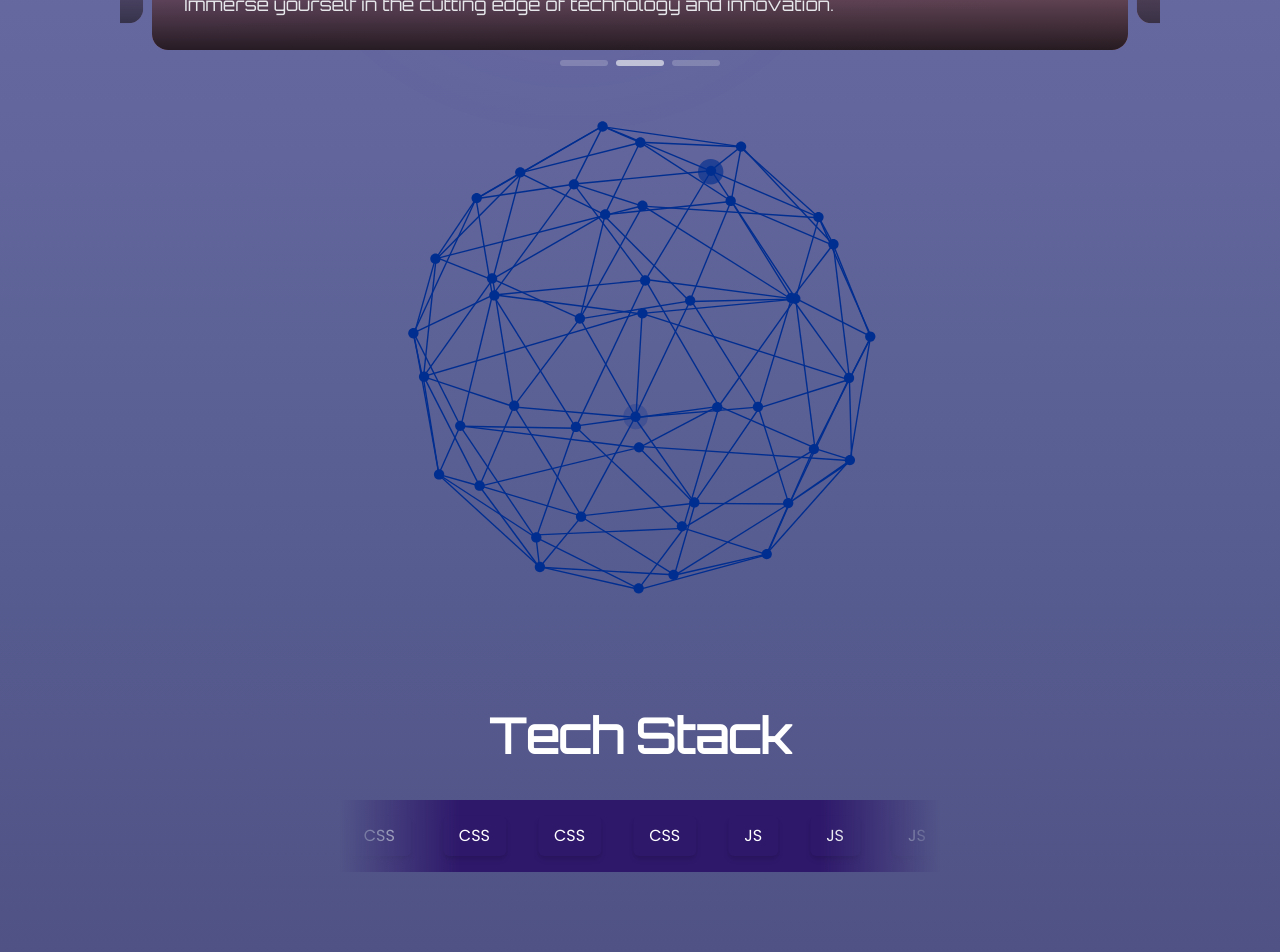
Repository: scorpios26/armel-web-dev
Page: /
The author's editor kept a copy of each file at every save. The page is drawn from the files as they stood at one save, then again after the next save.
The browser window is 1280 px wide. The pictures show the part of the page from y = 2826 to 3778 px (the page is 3778 px tall).
Pictures or frames that could not be fetched are drawn as grey boxes. The project was rebuilt for these pictures with package versions that can differ from the ones it lists, and the page was loaded fresh each time. Also part of the build but not shown: vite.config.js, src/App.css.

Above is the page before, as saved 2025-11-26 22:03:07.

### index.html
<!doctype html>
<html lang="en">
  <head>
    <meta charset="UTF-8" />
    <link rel="icon" type="image/svg+xml" href="/vite.svg" />
    <meta name="viewport" content="width=device-width, initial-scale=1.0" />
    <title>myportfolio</title>
    <!-- inside index.html -->
    <script type="module" src="https://unpkg.com/@splinetool/viewer@1.10.80/build/spline-viewer.js"></script>

  </head>
  <body>
    <div id="root"></div>
    <script type="module" src="/src/main.jsx"></script>
  </body>
</html>

### src/index.css
@import url('https://fonts.googleapis.com/css2?family=Poppins:wght@300;400;500;600;700&display=swap');
@import "tailwindcss";

/* Custom Orbitron Font */
@font-face {
  font-family: 'Orbitron';
  src: url('../src/assets/fonts/Orbitron-Regular.ttf') format('truetype');
  font-style: normal;
  font-display: swap;
}

@theme{
  --font-orbitron: Orbitron, "sans-serif";
}

:root {
  font-family: 'Poppins', system-ui, Avenir, Helvetica, Arial, sans-serif;
  scroll-behavior: smooth;
}

.dark-gradient {
  background-image: linear-gradient(
    to top,
    #505285 0%,
    #585e92 12%,
    #65689f 25%,
    #7474b0 37%,
    #7e7ebb 50%,
    #8389c7 62%,
    #9795d4 75%,
    #a2a1dc 87%,
    #b5aee4 100%
  );
  background-repeat: no-repeat;
  background-size: cover;
}
.light-gradient {
  background-image: linear-gradient(135deg, #f5f7fa 0%, #c3cfe2 100%);
  background-repeat: no-repeat;
  background-size: cover;
}

body {
  margin: 0;
  min-width: 320px;
  min-height: 100vh;
}

.carousel-container {
  perspective: 1000px;
  touch-action: pan-y pinch-zoom;
}

.carousel-track {
  transform-style: preserve-3d;
}

.carousel-item {
  backface-visibility: hidden;
  transition: all 0.5s cubic-bezier(0.23, 1, 0.32, 1);
}

.carousel-item.active {
  opacity: 1;
  transform: scale(1) translateZ(0);
}

@media (max-width: 640px) {
  .carousel-item.prev {
    opacity: 0;
    transform: scale(0.8) translateX(-50%) translateZ(-100px);
  }
  .carousel-item.next {
    opacity: 0;
    transform: scale(0.8) translateX(50%) translateZ(-100px);
  }
}

@media (min-width: 641px) {
  .carousel-item.prev {
    opacity: 0.7;
    transform: scale(0.9) translateX(-100%) translateZ(-100px);
  }
  .carousel-item.next {
    opacity: 0.7;
    transform: scale(0.9) translateX(100%) translateZ(-100px);
  }
}

.carousel-item.hidden {
  opacity: 0;
  transform: scale(0.8) translateZ(-200px);
}

.nav-button {
  transition: all 0.3s;
  background: rgba(255, 255, 255, 0.1);
  backdrop-filter: blur(8px);
  -webkit-backdrop-filter: blur(8px);
}

@media (hover: hover) {
  .nav-button:hover {
    background: rgba(255, 255, 255, 0.2);
    transform: scale(1.1);
  }
}

.nav-button:active {
  transform: scale(0.95);
}

/* Progress bar */
.progress-bar {
  transition: width 0.5s cubic-bezier(0.23, 1, 0.32, 1);
}

.tag-list {
  margin: 0;
  padding-inline: 0;
  list-style: none;
}

.tag-list li {
  padding: 1rem;
  background: var(--clr-primary-400);
  border-radius: 0.5rem;
  box-shadow: 0 0.5rem 1rem -0.25rem var(--clr-primary-900);
}
:root {
  --clr-neutral-100: hsl(0, 0%, 100%);
  --clr-primary-100: hsl(205, 15%, 58%);
  --clr-primary-400: hsl(215, 25%, 27%);
  --clr-primary-800: hsl(217, 33%, 17%);
  --clr-primary-900: hsl(218, 33%, 9%);
}

.scroller {
  max-width: 600px;
}

.scroller__inner {
  padding-block: 1rem;
  display: flex;
  flex-wrap: wrap;
  gap: 1rem;
}

.scroller[data-animated="true"] {
  overflow: hidden;
  -webkit-mask: linear-gradient(
    90deg,
    transparent,
    white 20%,
    white 80%,
    transparent
  );
  mask: linear-gradient(90deg, transparent, white 20%, white 80%, transparent);
}

.scroller[data-animated="true"] .scroller__inner {
  width: max-content;
  flex-wrap: nowrap;
  animation: scroll var(--_animation-duration, 5s)
    var(--_animation-direction, forwards) linear infinite;
}

.scroller[data-direction="right"] {
  --_animation-direction: reverse;
}

.scroller[data-direction="left"] {
  --_animation-direction: forwards;
}

.scroller[data-speed="fast"] {
  --_animation-duration: 20s;
}

.scroller[data-speed="slow"] {
  --_animation-duration: 60s;
}
.scroller__inner {
  animation-play-state: running;
}

.scroller__inner:hover {
  animation-play-state: paused;
}

@keyframes scroll {
  to {
    transform: translateX(-50%);
  }
}

### src/ThemeToggle.jsx
import React, { useEffect } from "react";

function ThemeToggle({ isDarkMode, onToggle }) {
  // Apply theme change when `isDarkMode` changes
  useEffect(() => {
    if (isDarkMode) {
      document.documentElement.classList.add("dark");
      localStorage.setItem("theme", "dark");
    } else {
      document.documentElement.classList.remove("dark");
      localStorage.setItem("theme", "light");
    }
  }, [isDarkMode]);

  const darkIcon = (
    <svg xmlns="http://www.w3.org/2000/svg" fill="none" viewBox="0 0 24 24" stroke="currentColor">
      <path
        strokeLinecap="round"
        strokeLinejoin="round"
        strokeWidth="2"
        d="M20.354 15.354A9 9 0 018.646 3.646 9.003 9.003 0 0012 21a9.003 9.003 0 008.354-5.646z"
      />
    </svg>
  );

  const lightIcon = (
    <svg xmlns="http://www.w3.org/2000/svg" fill="none" viewBox="0 0 24 24" stroke="currentColor">
      <path
        strokeLinecap="round"
        strokeLinejoin="round"
        strokeWidth="2"
        d="M12 3v1m0 16v1m9-9h-1M4 12H3m15.364 6.364l-.707-.707M6.343 6.343l-.707-.707m12.728 0l-.707.707M6.343 17.657l-.707.707M16 12a4 4 0 11-8 0 4 4 0 018 0z"
      />
    </svg>
  );

  return (
    <button
      onClick={onToggle}
      className="w-20 h-8 rounded-full bg-white flex items-center transition duration-400 focus:outline-none shadow"
    >
      <div
        className={`w-10 h-10 relative rounded-full transition-all duration-500 transform p-1 text-white
          ${isDarkMode ? "bg-gray-700 translate-x-full" : "bg-yellow-500 -translate-x-2"}`}
      >
        <div className="w-full h-full flex items-center justify-center">
          {isDarkMode ? darkIcon : lightIcon}
        </div>
      </div>
    </button>
  );
}

export default ThemeToggle;

### src/assets/components/ProjectCarousel.jsx
import { useState, useEffect, useRef } from "react";

export default function ProjectCarousel() {
  const [current, setCurrent] = useState(0);
  const slides = [
    {
      title: "Digital Prism",
      desc: "Where geometry meets art in a stunning display of light and form.",
      img: "https://images.unsplash.com/photo-1515462277126-2dd0c162007a?auto=format&fit=crop&q=80",
      gradient: "from-violet-500/40 to-purple-500/40",
    },
    {
      title: "Tech Haven",
      desc: "Immerse yourself in the cutting edge of technology and innovation.",
      img: "https://images.unsplash.com/photo-1550745165-9bc0b252726f?auto=format&fit=crop&q=80",
      gradient: "from-fuchsia-500/40 to-pink-500/40",
    },
    {
      title: "Neural Dreams",
      desc: "AI-generated masterpieces that blur the line between human and machine creativity.",
      img: "https://images.unsplash.com/photo-1614850523459-c2f4c699c52e?auto=format&fit=crop&q=80",
      gradient: "from-pink-500/40 to-rose-500/40",
    },
  ];

  const autoTimer = useRef(null);

  const nextSlide = () => setCurrent((prev) => (prev + 1) % slides.length);
  const prevSlide = () =>
    setCurrent((prev) => (prev - 1 + slides.length) % slides.length);

  // Auto-advance slides
  useEffect(() => {
    autoTimer.current = setInterval(nextSlide, 5000);
    return () => clearInterval(autoTimer.current);
  }, []);

  const handleIndicatorClick = (index) => {
    setCurrent(index);
    clearInterval(autoTimer.current);
  };

  return (
    <section id="projects" className="relative w-full max-w-6xl mx-auto">
        <h2 className="text-4xl lg:text-5xl font-bold mb-25 font-orbitron">
            Projects
        </h2>
    <div className="relative w-full max-w-6xl mx-auto carousel-container">
      {/* Background */}
        <div className="absolute inset-0 -z-10">
        <div className="absolute inset-0"></div>
        <div className="absolute top-1/4 left-1/4 w-48 h-48 sm:w-96 sm:h-96 bg-violet-500/10 rounded-full blur-3xl"></div>
        <div className="absolute bottom-1/4 right-1/4 w-48 h-48 sm:w-96 sm:h-96 bg-fuchsia-500/10 rounded-full blur-3xl"></div>
        </div>

      {/* Progress bar */}
      <div className="absolute top-0 left-0 right-0 h-1 bg-white/10 rounded-full overflow-hidden z-20">
        <div
          className="progress-bar absolute top-0 left-0 h-full bg-gradient-to-r from-violet-500 to-fuchsia-500"
          style={{ width: `${((current + 1) / slides.length) * 100}%` }}
        />
      </div>

      {/* Buttons */}
      <button
        onClick={prevSlide}
        className="nav-button absolute left-2 sm:left-4 top-1/2 -translate-y-1/2 w-10 h-10 sm:w-12 sm:h-12 rounded-full flex items-center justify-center text-white z-20"
      >
        <svg
          className="w-5 h-5 sm:w-6 sm:h-6"
          fill="none"
          stroke="currentColor"
          viewBox="0 0 24 24"
        >
          <path strokeLinecap="round" strokeLinejoin="round" strokeWidth="2" d="M15 19l-7-7 7-7" />
        </svg>
      </button>

      <button
        onClick={nextSlide}
        className="nav-button absolute right-2 sm:right-4 top-1/2 -translate-y-1/2 w-10 h-10 sm:w-12 sm:h-12 rounded-full flex items-center justify-center text-white z-20"
      >
        <svg
          className="w-5 h-5 sm:w-6 sm:h-6"
          fill="none"
          stroke="currentColor"
          viewBox="0 0 24 24"
        >
          <path strokeLinecap="round" strokeLinejoin="round" strokeWidth="2" d="M9 5l7 7-7 7" />
        </svg>
      </button>

      {/* Slides */}
      <div className="carousel-track relative h-[400px] sm:h-[500px] md:h-[600px] overflow-hidden">
        {slides.map((slide, index) => {
          let stateClass = "hidden";
          if (index === current) stateClass = "active";
          else if (index === (current + 1) % slides.length) stateClass = "next";
          else if (index === (current - 1 + slides.length) % slides.length) stateClass = "prev";

          return (
            <div
              key={index}
              className={`carousel-item ${stateClass} absolute top-0 left-0 w-full h-full`}
            >
              <div className="w-full h-full p-4 sm:p-8">
                <div className="w-full h-full rounded-xl sm:rounded-2xl overflow-hidden relative group">
                  <img
                    src={slide.img}
                    alt={slide.title}
                    className="absolute inset-0 w-full h-full object-cover transition-transform duration-500 group-hover:scale-110"
                  />
                  <div className={`absolute inset-0 bg-gradient-to-br ${slide.gradient} mix-blend-overlay`} />
                  <div className="absolute inset-x-0 bottom-0 p-4 sm:p-8 bg-gradient-to-t from-black/80 via-black/40 to-transparent text-left font-orbitron">
                    <h3 className="text-white text-xl sm:text-2xl md:text-3xl font-bold mb-2 sm:mb-3">
                      {slide.title}
                    </h3>
                    <p className="text-gray-200 text-sm sm:text-base md:text-lg max-w-2xl font-orbitron">
                      {slide.desc}
                    </p>
                  </div>
                </div>
              </div>
            </div>
          );
        })}
      </div>

      {/* Indicators */}
      <div className="absolute bottom-2 sm:bottom-4 left-1/2 -translate-x-1/2 flex gap-1 sm:gap-2 z-20">
        {slides.map((_, index) => (
          <button
            key={index}
            onClick={() => handleIndicatorClick(index)}
            className={`w-8 sm:w-12 h-1 sm:h-1.5 rounded-full transition-colors ${
              index === current ? "bg-white/60" : "bg-white/20 hover:bg-white/40"
            }`}
          ></button>
        ))}
      </div>
    </div>
    </section>
  );
}

### src/assets/components/TechCarousel.jsx
import React, { useEffect, useRef } from "react";

export default function TechCarousel() {
  const scrollerRef = useRef(null);

  useEffect(() => {
    if (window.matchMedia("(prefers-reduced-motion: reduce)").matches) return;

    const scroller = scrollerRef.current;
    if (!scroller) return;

    scroller.setAttribute("data-animated", "true");

    const scrollerInner = scroller.querySelector(".scroller__inner");
    const scrollerContent = Array.from(scrollerInner.children);

    scrollerContent.forEach((item) => {
      for (let i = 0; i < 2; i++) {
        const duplicatedItem = item.cloneNode(true);
        duplicatedItem.setAttribute("aria-hidden", "true");
        scrollerInner.appendChild(duplicatedItem);
      }
    });
  }, []);

  return (
    <section id="stack" className="py-20 S text-white flex flex-col items-center">
      <h2 className="text-4xl lg:text-5xl font-bold text-center mb-10 font-orbitron">Tech Stack</h2>
      <div ref={scrollerRef} className="scroller overflow-hidden w-full flex justify-center">
        <ul className="scroller__inner flex w-max space-x-4 bg-[#2E186A]">
  {["HTML", "CSS", "JS", "Laravel", "ReactJS"].map((tech) => (
    <li
      key={`first-${tech}`}
      className="px-4 py-2 bg-primary-400 rounded-md shadow-md transition-transform duration-300 hover:scale-110"
    >
      {tech}
    </li>
  ))}
  {["HTML", "CSS", "JS", "Laravel", "ReactJS"].map((tech) => (
    <li
      key={`second-${tech}`}
      className="px-4 py-2 bg-primary-400 rounded-md shadow-md transition-transform duration-300 hover:scale-110"
      aria-hidden="true"
    >
      {tech}
    </li>
  ))}
</ul>
      </div>
    </section>
  );
}

Loaded but not shown: src/main.jsx (common file); src/assets/Technology_Network.json (1 lines, source omitted); src/assets/Developer.json (1 lines, source omitted); src/assets/Developer2.0.json (1 lines, source omitted); src/App.jsx (344 lines, source omitted)

After the next save:
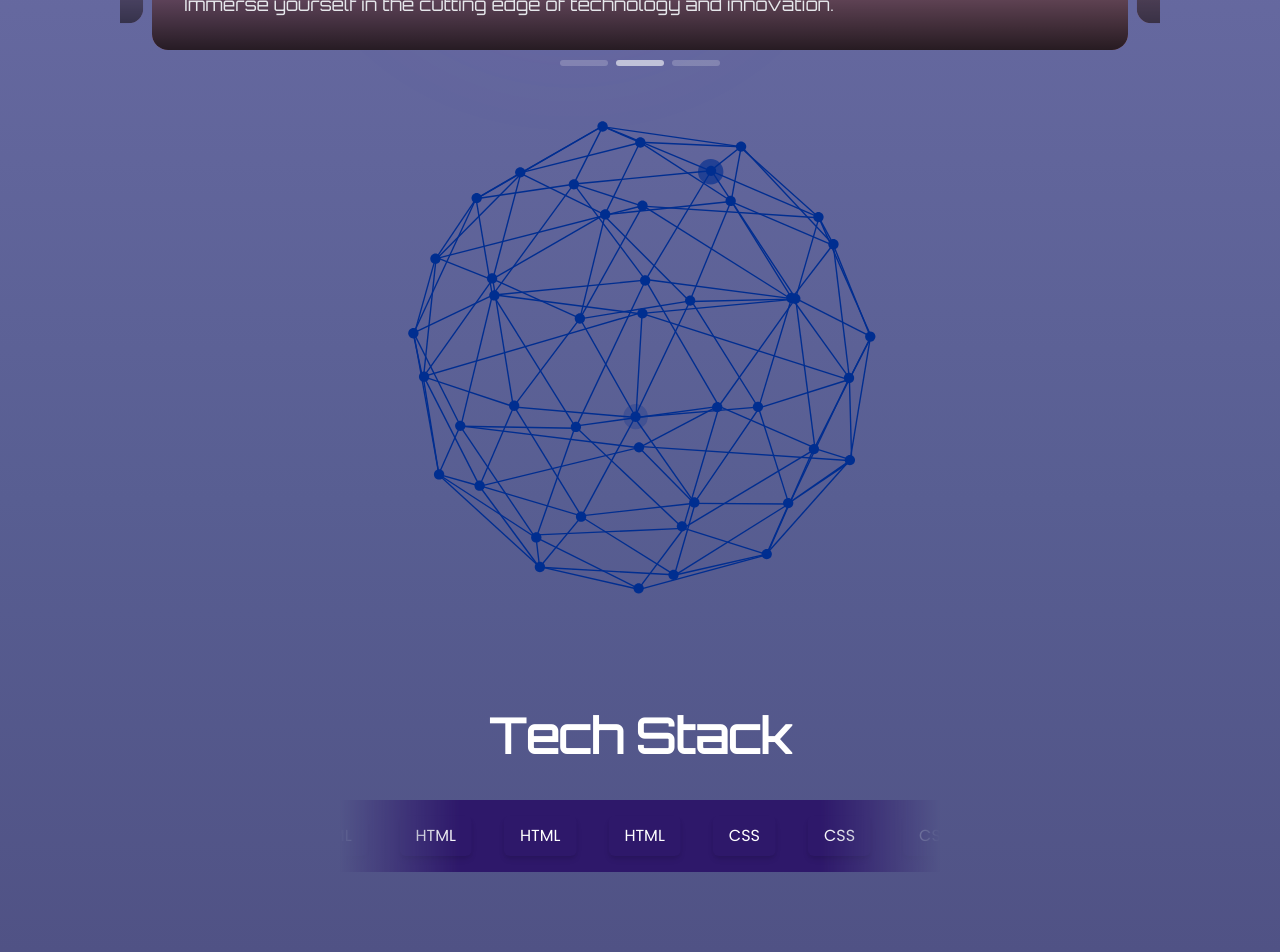
Saved 2 min 43 s later.
--- a/src/assets/components/TechCarousel.jsx
+++ b/src/assets/components/TechCarousel.jsx
@@ -14,6 +14,7 @@ export default function TechCarousel() {
     const scrollerInner = scroller.querySelector(".scroller__inner");
     const scrollerContent = Array.from(scrollerInner.children);
 
+    // Duplicate each item twice for seamless looping
     scrollerContent.forEach((item) => {
       for (let i = 0; i < 2; i++) {
         const duplicatedItem = item.cloneNode(true);
@@ -24,28 +25,27 @@ export default function TechCarousel() {
   }, []);
 
   return (
-    <section id="stack" className="py-20 S text-white flex flex-col items-center">
-      <h2 className="text-4xl lg:text-5xl font-bold text-center mb-10 font-orbitron">Tech Stack</h2>
-      <div ref={scrollerRef} className="scroller overflow-hidden w-full flex justify-center">
+    <section
+      id="stack"
+      className="py-20 text-white flex flex-col items-center"
+    >
+      <h2 className="text-4xl lg:text-5xl font-bold text-center mb-10 font-orbitron">
+        Tech Stack
+      </h2>
+      <div
+        ref={scrollerRef}
+        className="scroller overflow-hidden w-full flex justify-center"
+      >
         <ul className="scroller__inner flex w-max space-x-4 bg-[#2E186A]">
-  {["HTML", "CSS", "JS", "Laravel", "ReactJS"].map((tech) => (
-    <li
-      key={`first-${tech}`}
-      className="px-4 py-2 bg-primary-400 rounded-md shadow-md transition-transform duration-300 hover:scale-110"
-    >
-      {tech}
-    </li>
-  ))}
-  {["HTML", "CSS", "JS", "Laravel", "ReactJS"].map((tech) => (
-    <li
-      key={`second-${tech}`}
-      className="px-4 py-2 bg-primary-400 rounded-md shadow-md transition-transform duration-300 hover:scale-110"
-      aria-hidden="true"
-    >
-      {tech}
-    </li>
-  ))}
-</ul>
+          {["HTML", "CSS", "JS", "Laravel", "ReactJS"].map((tech) => (
+            <li
+              key={tech}
+              className="px-4 py-2 bg-primary-400 rounded-md shadow-md transition-transform duration-300 hover:scale-110"
+            >
+              {tech}
+            </li>
+          ))}
+        </ul>
       </div>
     </section>
   );
